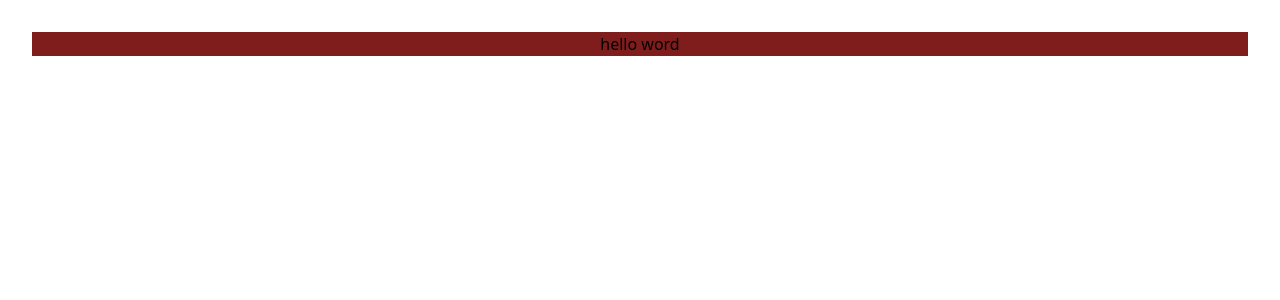
Repository: ENG-AMIIR-MUSE/ECommerce-app-using-react
Page: /
An editor plug-in stored every save of this project. The page is shown before and after the next save, followed by the edit.
The browser window is 1280 px wide. The pictures show the whole page.
The page's requests for data from a server got no answer. The project was rebuilt for these pictures with package versions that can differ from the ones it lists, and the page was loaded fresh each time. No one was signed in, and anything a server would have sent is missing. Also part of the build but not shown: vite.config.js, src/Components/productList.js.

Above is the page before, as saved 2023-06-02 18:49:11.

### src/App.jsx
import { useEffect } from 'react'
import { useState } from 'react'
import axios from 'axios'

import './App.css'
import ProductCard from './Components/productCard'
import ProductList from './Components/productList'

function App() {
const [products,setProducts] =  useState([])

useEffect(()=>{
  axios.get('https://fakestoreapi.com/products/1')
  .then((response)=>{
    console.log(response)
  //  setProducts(response.data)
  }).catch((er)=>{
    console.log(er.response)
  })

})

  return (
    <>
   {<ProductCard key = {products.id} products =  {products}/>}
    </>
  )
}

export default App

### src/Components/productCard.js
import React from 'react'
function ProductCard(){
    return(
        <div className='bg-red-900'>
            hello word
        </div>
    )
}
export default ProductCard;

Loaded but not shown: index.html (common file); src/main.jsx (common file); src/index.css (common file); src/App.css (common file); tailwind.config.js (common file)

After the next save:
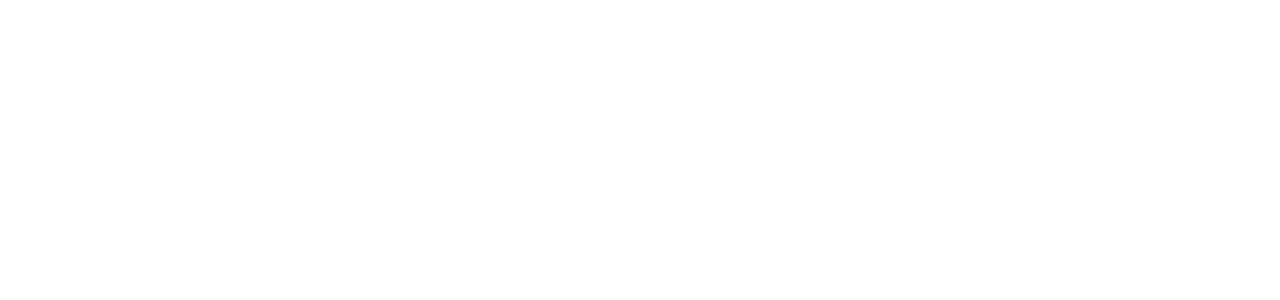
Console error: TypeError: Cannot read properties of null (reading 'id')
Saved 50 s later.
--- a/src/App.jsx
+++ b/src/App.jsx
@@ -7,13 +7,13 @@
 import ProductList from './Components/productList'
 
 function App() {
-const [products,setProducts] =  useState([])
+const [products,setProducts] =  useState(null)
 
 useEffect(()=>{
   axios.get('https://fakestoreapi.com/products/1')
   .then((response)=>{
-    console.log(response)
-  //  setProducts(response.data)
+    // console.log(response)
+   setProducts(response.data)
   }).catch((er)=>{
     console.log(er.response)
   })

After the save that followed:
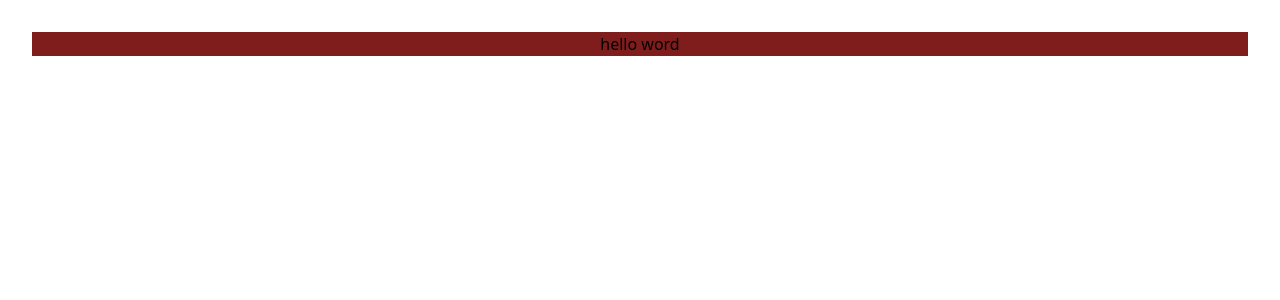
The error is gone.
Saved 106 s later.
--- a/src/App.jsx
+++ b/src/App.jsx
@@ -22,7 +22,7 @@
 
   return (
     <>
-   {<ProductCard key = {products.id} products =  {products}/>}
+   {<ProductCard products =  {products}/>}
     </>
   )
 }
